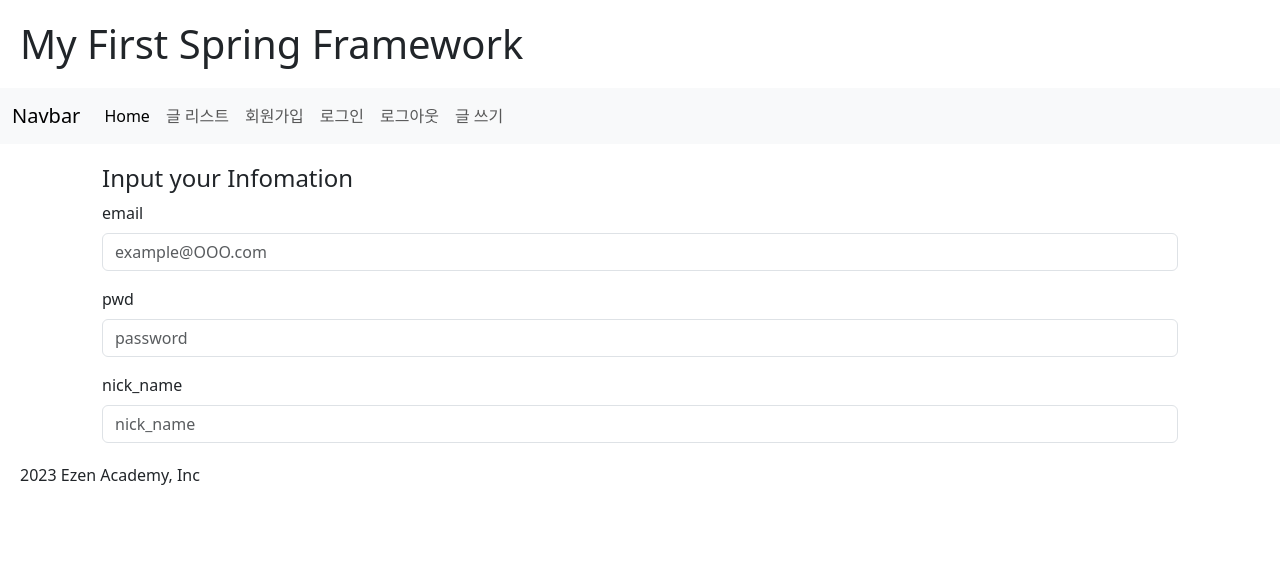
Repository: jinho0717/spring
Page: http://localhost/springProject/WEB-INF/views/member/register.jsp
The author's editor kept a copy of each file at every save. The page is drawn from the files as they stood at one save, then again after the next save.
The browser window is 1280 px wide. The pictures show the whole page.
The page is served by Tomcat 9. Nobody is signed in. Other server files are loaded and not shown. The template is opened directly, without the code that normally fills it, so the values that code supplies are empty.

Above is the page before, as saved 2023-10-27 10:28:36.

### springProject/src/main/webapp/WEB-INF/views/member/register.jsp
<%@ page language="java" contentType="text/html; charset=UTF-8"
    pageEncoding="UTF-8"%>
    <%@ taglib uri="http://java.sun.com/jsp/jstl/core" prefix="c" %>
<!DOCTYPE html>
<html>
<head>
<meta charset="UTF-8">
<title>Insert title here</title>
</head>
<body>
<jsp:include page="../common/header.jsp"></jsp:include>
<jsp:include page="../common/nav.jsp"></jsp:include>
<!-- email, pwd, nick_name -->
<div class="container">
<form action="/board/register" method="post" enctype="multipart/form-data">
	<h4>Input your Infomation</h4>
	<div class="mb-3">
	  <label for="e" class="form-label">email</label>
	  <input type="email" class="form-control" name="email" id="e" placeholder="example@OOO.com">
	</div>
	<div class="mb-3">
	  <label for="p" class="form-label">pwd</label>
	  <input type="password" class="form-control" name="pwd" id="p" placeholder="password">
	</div>
	<div class="mb-3">
	  <label for="n" class="form-label">nick_name</label>
	  <input type="text" class="form-control" name="nickName" id="p" placeholder="nick_name">
	</div>
</form>
</div>


<jsp:include page="../common/footer.jsp" />
</body>
</html>

### springProject/src/main/webapp/WEB-INF/views/common/header.jsp
<%@ page language="java" contentType="text/html; charset=UTF-8"
    pageEncoding="UTF-8"%>
     <%@ taglib uri="http://java.sun.com/jsp/jstl/core" prefix="c" %>
<!DOCTYPE html>
<html>
<head>
<meta charset="UTF-8">
<title>Insert title here</title>
<link href="https://cdn.jsdelivr.net/npm/bootstrap@5.3.1/dist/css/bootstrap.min.css" rel="stylesheet" integrity="sha384-4bw+/aepP/YC94hEpVNVgiZdgIC5+VKNBQNGCHeKRQN+PtmoHDEXuppvnDJzQIu9" crossorigin="anonymous">
<script src="https://cdn.jsdelivr.net/npm/bootstrap@5.3.1/dist/js/bootstrap.bundle.min.js" integrity="sha384-HwwvtgBNo3bZJJLYd8oVXjrBZt8cqVSpeBNS5n7C8IVInixGAoxmnlMuBnhbgrkm" crossorigin="anonymous"></script>
<style type="text/css">
h1 , p , h3, form{
margin: 20px
}
</style>
</head>
<body>
<h1>My First Spring Framework</h1>

</body>
</html>

### springProject/src/main/webapp/WEB-INF/views/common/nav.jsp
<%@ page language="java" contentType="text/html; charset=UTF-8"
    pageEncoding="UTF-8"%>
     <%@ taglib uri="http://java.sun.com/jsp/jstl/core" prefix="c" %>
<!DOCTYPE html>
<html>
<head>
<meta charset="UTF-8">
<title>Insert title here</title>

</head>
<body>
<header>
	<nav class="navbar navbar-expand-lg bg-body-tertiary">
  <div class="container-fluid">
    <a class="navbar-brand" href="#">Navbar</a>
    <button class="navbar-toggler" type="button" data-bs-toggle="collapse" data-bs-target="#navbarSupportedContent" aria-controls="navbarSupportedContent" aria-expanded="false" aria-label="Toggle navigation">
      <span class="navbar-toggler-icon"></span>
    </button>
    <div class="collapse navbar-collapse" id="navbarSupportedContent">
      <ul class="navbar-nav me-auto mb-2 mb-lg-0">
        <li class="nav-item">
          <a class="nav-link active" aria-current="page" href="/">Home</a>
        </li>
        <li class="nav-item">
          <a class="nav-link" href="/board/list">글 리스트</a>
        </li>
        <li class="nav-item">
          <a class="nav-link" href="/member/register">회원가입</a>
        </li>
        <li class="nav-item">
          <a class="nav-link" href="/member/login">로그인</a>
        </li>
        <li class="nav-item">
          <a class="nav-link" href="/member/logout">로그아웃</a>
        </li>
        <li class="nav-item">
          <a class="nav-link" href="/board/register">글 쓰기</a>
        </li>
      </ul>
    </div>
  </div>
</nav>
</header>
</body>
</html>

### springProject/src/main/webapp/WEB-INF/views/common/footer.jsp
<%@ page language="java" contentType="text/html; charset=UTF-8"
    pageEncoding="UTF-8"%>
    <%@ taglib uri="http://java.sun.com/jsp/jstl/core" prefix="c" %>
<!DOCTYPE html>
<html>
<head>
<meta charset="UTF-8">
<title>Insert title here</title>

</head>
<body>
<div>
	<p>2023 Ezen Academy, Inc</p>
</div>
</body>
</html>

After the next save:
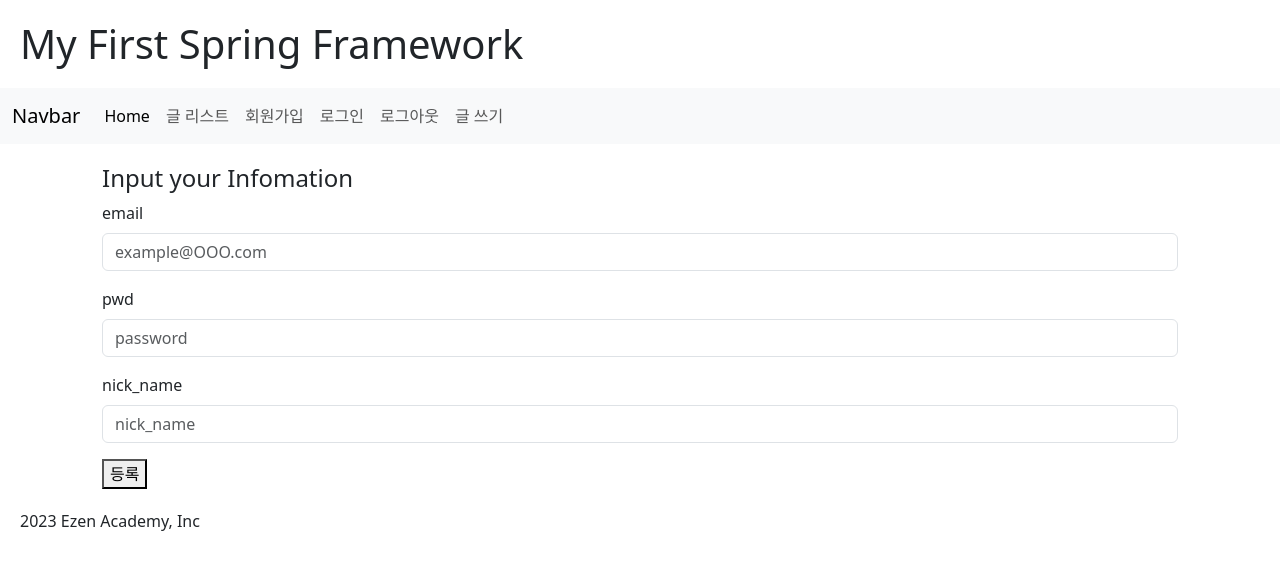
Saved 27 s later.
--- a/springProject/src/main/webapp/WEB-INF/views/member/register.jsp
+++ b/springProject/src/main/webapp/WEB-INF/views/member/register.jsp
@@ -26,6 +26,7 @@
 	  <label for="n" class="form-label">nick_name</label>
 	  <input type="text" class="form-control" name="nickName" id="p" placeholder="nick_name">
 	</div>
+	<button>등록</button>
 </form>
 </div>
 
